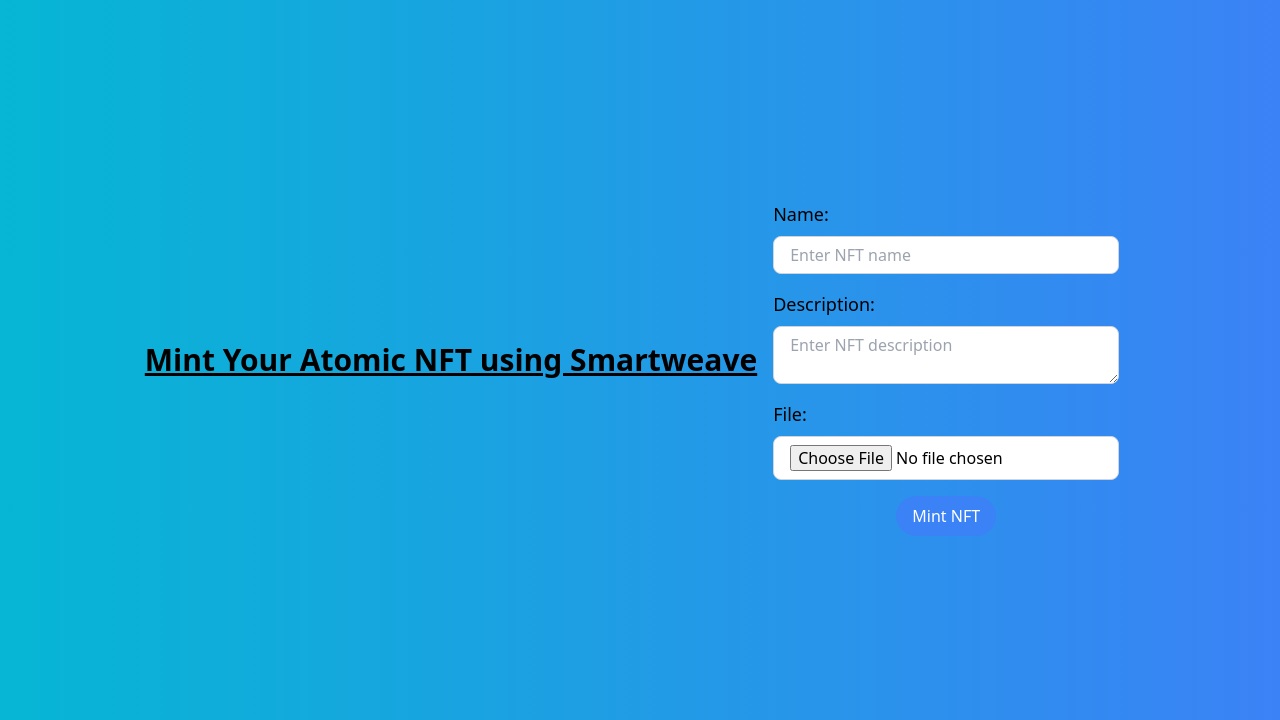
Repository: pawelpiwowarski/arweave-nft
Page: /
An editor plug-in stored every save of this project. The page is shown before and after the next save, followed by the edit.
The browser window is 1280 px wide. The pictures show the whole page.
The project was rebuilt for these pictures with package versions that can differ from the ones it lists, and the page was loaded fresh each time. The framework's server and built-in components were replaced by stand-ins that run in the browser.

Above is the page before, as saved 2023-01-30 22:09:48.

After the next save:
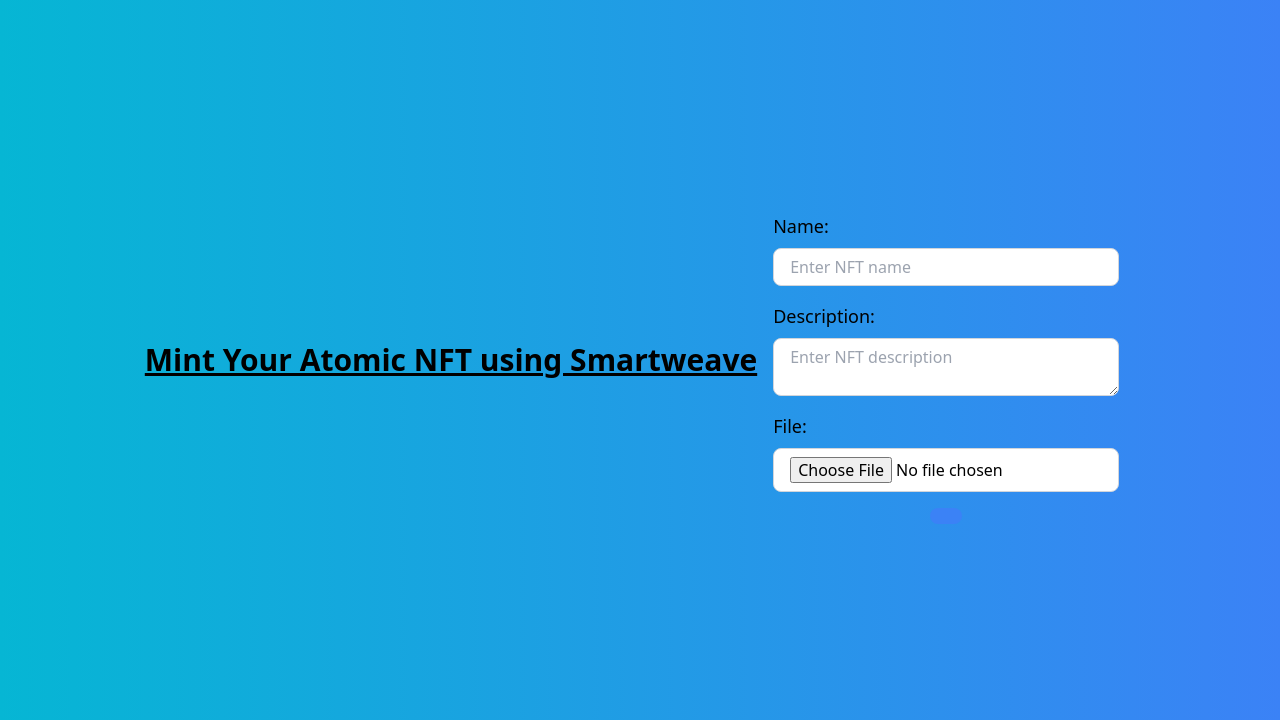
Saved 20 s later.
--- a/pages/index.tsx
+++ b/pages/index.tsx
@@ -88,7 +88,7 @@
         loading ? 'cursor-wait' : ''
       }`} onClick={handleSubmision}>
 
-      Mint NFT
+     { loading &&  "Mint NFT"}
       {!loading ? (
         <span className="spinner spinner-border spinner-border-sm text-white" role="status" aria-hidden="true"></span>
       ) : (

After the 2 saves that followed:
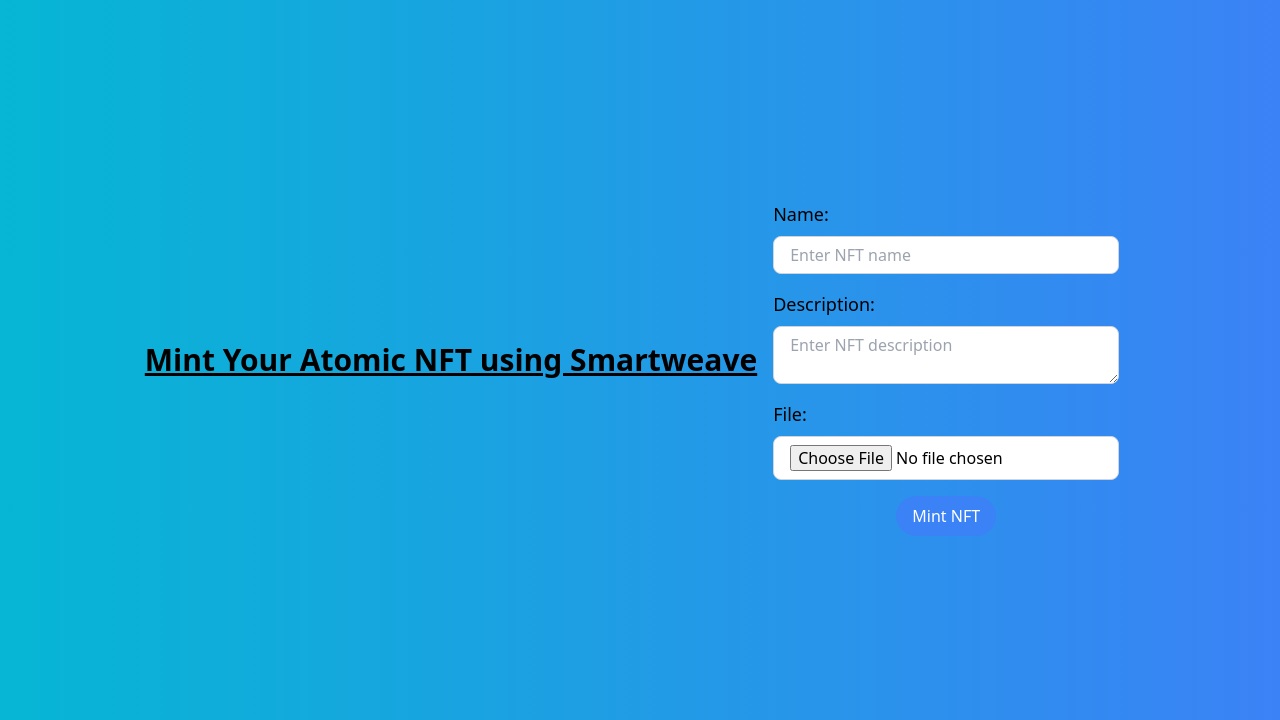
The 2 saves are shown as one change because they came seconds apart.
The last was saved 27 s later.
--- a/pages/index.tsx
+++ b/pages/index.tsx
@@ -88,7 +88,7 @@
         loading ? 'cursor-wait' : ''
       }`} onClick={handleSubmision}>
 
-     { loading &&  "Mint NFT"}
+       Mint NFT
       {!loading ? (
         <span className="spinner spinner-border spinner-border-sm text-white" role="status" aria-hidden="true"></span>
       ) : (
